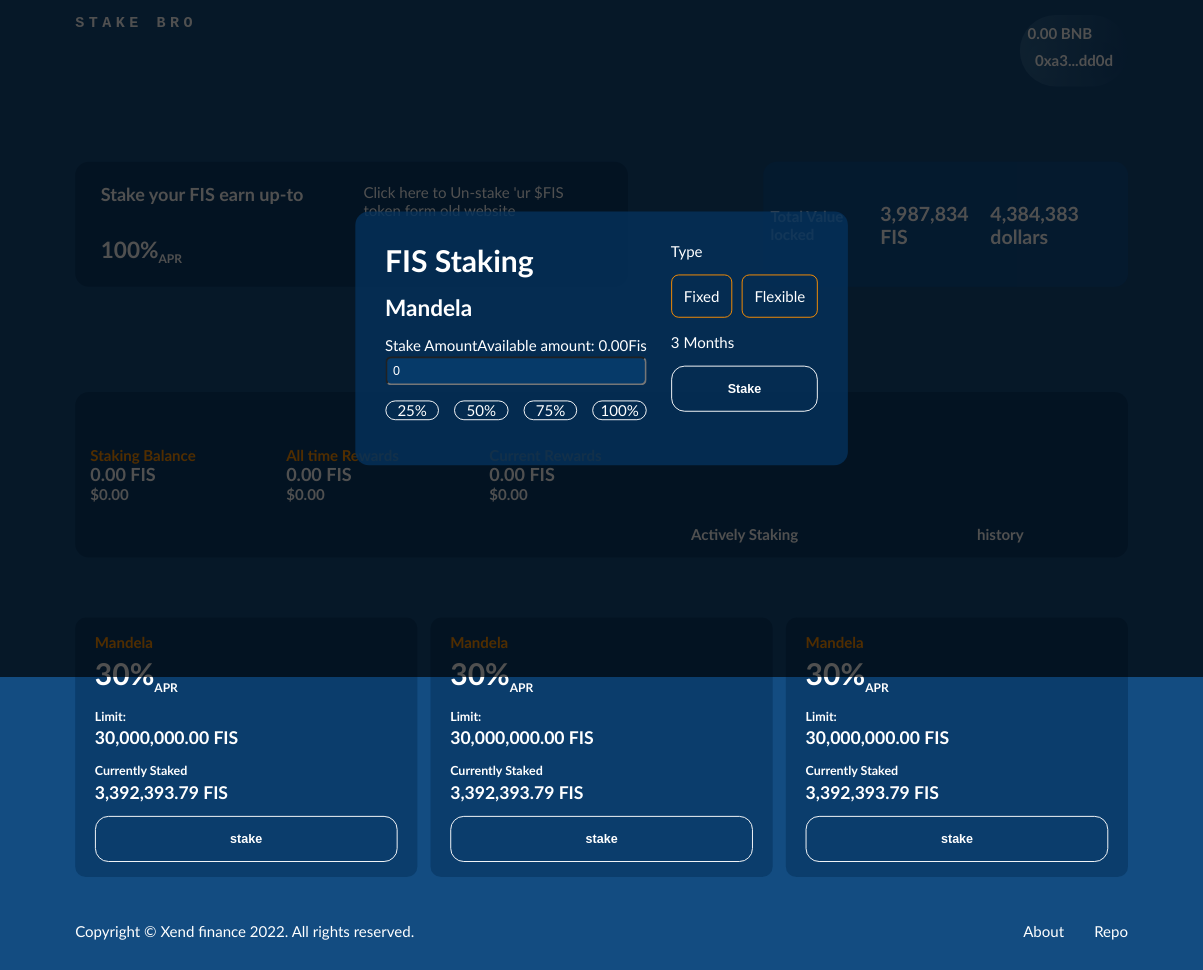
Repository: NorVirae/Stake
Page: /, after clicking the first element matching `button.stake-button`
An editor plug-in stored every save of this project. The page is shown before and after a run of saves, followed by the edit.
The browser window is 1280 px wide. The pictures show the whole page, at 94% of full size.
The project was rebuilt for these pictures with package versions that can differ from the ones it lists, and the page was loaded fresh each time.

Above is the page before, as saved 2022-04-18 19:33:08.

After the next 7 saves:
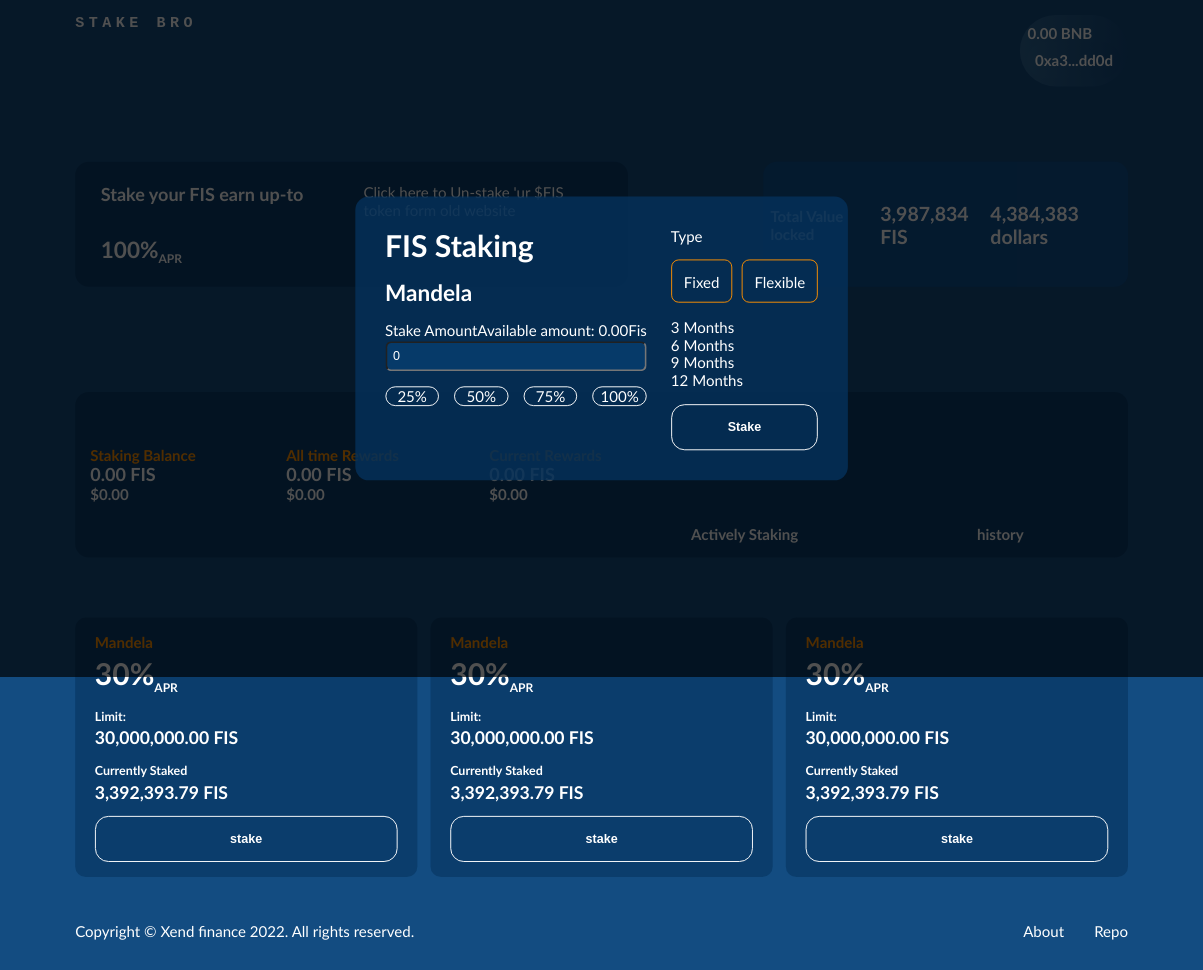
The 7 saves are shown as one change because they came seconds apart.
The last was saved 21 s later.
--- a/src/components/modals/stake-modal.tsx
+++ b/src/components/modals/stake-modal.tsx
@@ -73,6 +73,19 @@ const StakeModal:React.FC<StakeModalInterface> = ({setShowModal, showModal}) =>
                                 3 Months
                             </div>
 
+                            <div className='duration-btn'>
+                                6 Months
+                            </div>
+
+
+                            <div className='duration-btn'>
+                                9 Months
+                            </div>
+
+                            <div className='duration-btn'>
+                                12 Months
+                            </div>
+
                         </div>
 
                         <button className='stake-button'>Stake</button>
